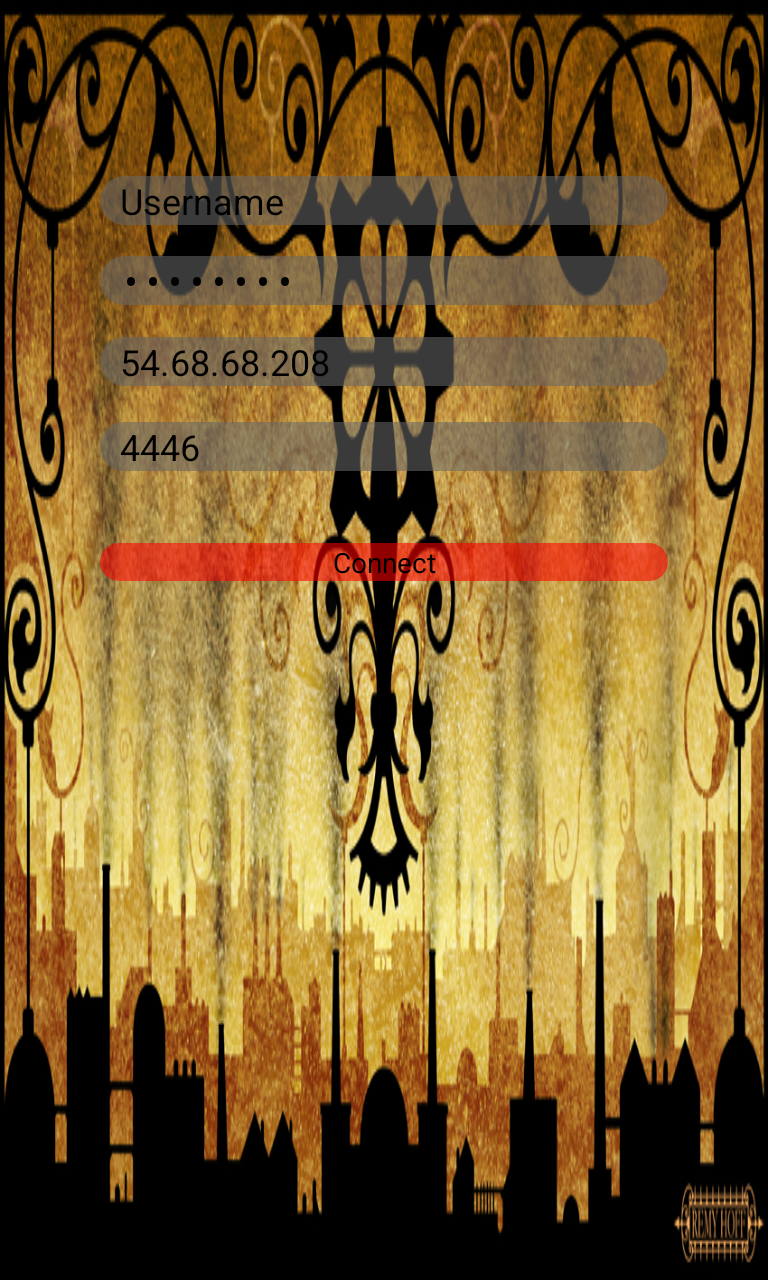
Repository: jkrepps/CSCE-482
Layout: Mobile Client (eclipse)/Industry of Deciet/res/layout/mains.xml
An editor plug-in stored every save of this project. The layout is shown before and after the next save, followed by the edit.
It is drawn on a 768 x 1280 px phone screen (xhdpi) without system bars, with theme AppTheme; the app's code is not run.

Above is the layout before, as saved 2014-12-03 11:13:31.

After the next save:
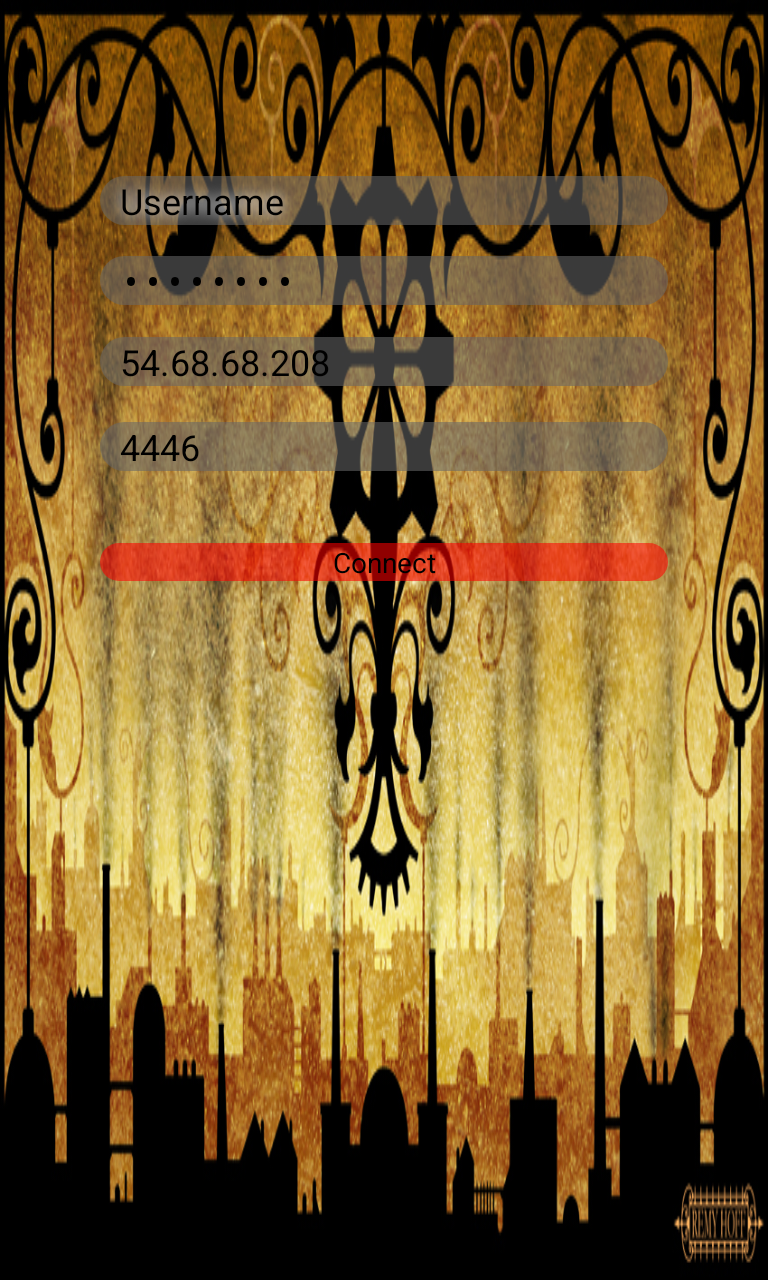
Saved 92 s later.
--- a/Mobile Client (eclipse)/Industry of Deciet/res/layout/mains.xml
+++ b/Mobile Client (eclipse)/Industry of Deciet/res/layout/mains.xml
@@ -89,6 +89,10 @@
             android:layout_marginBottom="40dp"
             android:background="@drawable/roundededittext"
             android:ems="10"
+            android:shadowColor="#FFFFFF"
+            android:shadowDx="0"
+            android:shadowYx="0"
+            android:shadowRadius="10"
             android:inputType="textPersonName"
             android:paddingLeft="10dp"
             android:selectAllOnFocus="true"
